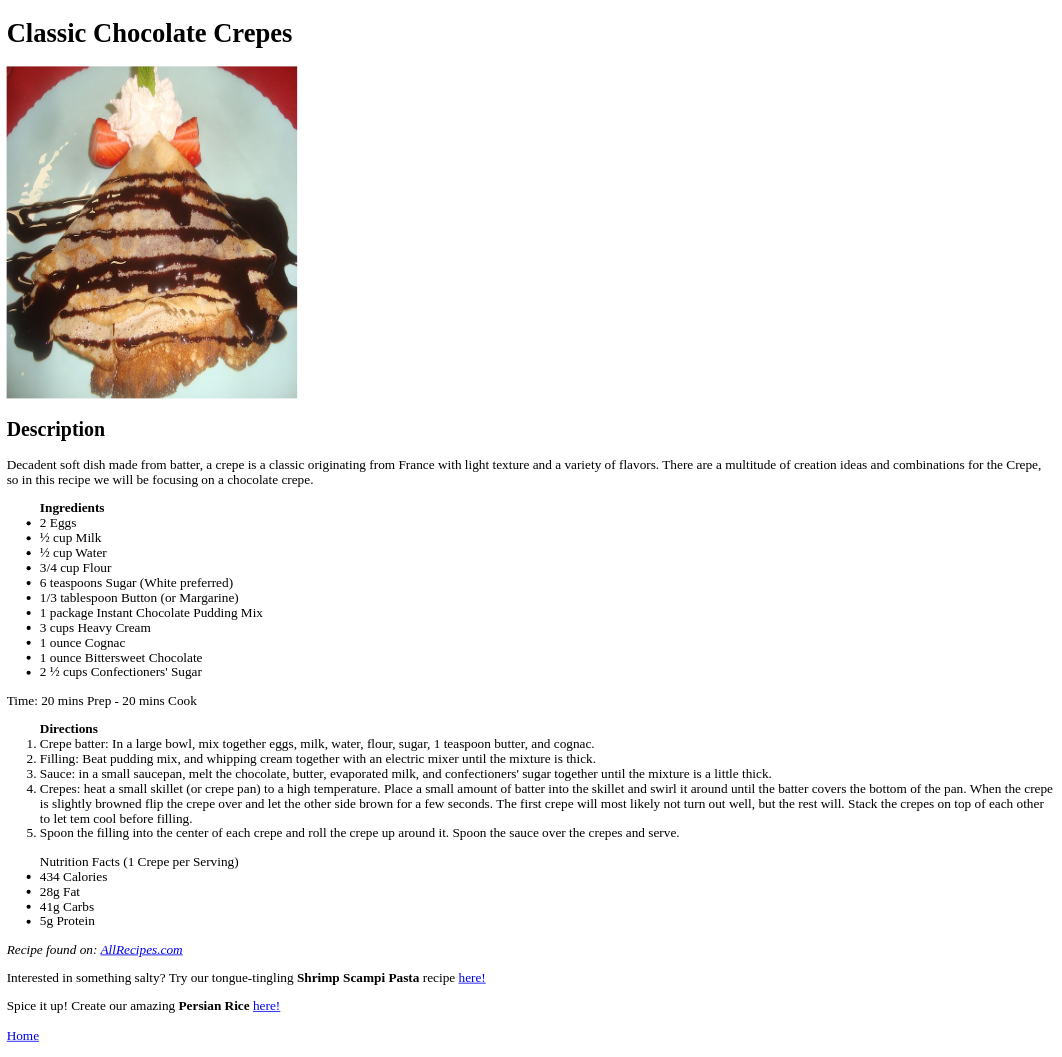
Repository: Mervens/odin-recipes
Page: recipes/crepe.html
The author's editor kept a copy of each file at every save. The page is drawn from the files as they stood at one save, then again after the next save.
The browser window is 1280 px wide. The pictures show the whole page, at 83% of full size.

Above is the page before, as saved 2025-06-22 12:46:23.

After the next save:
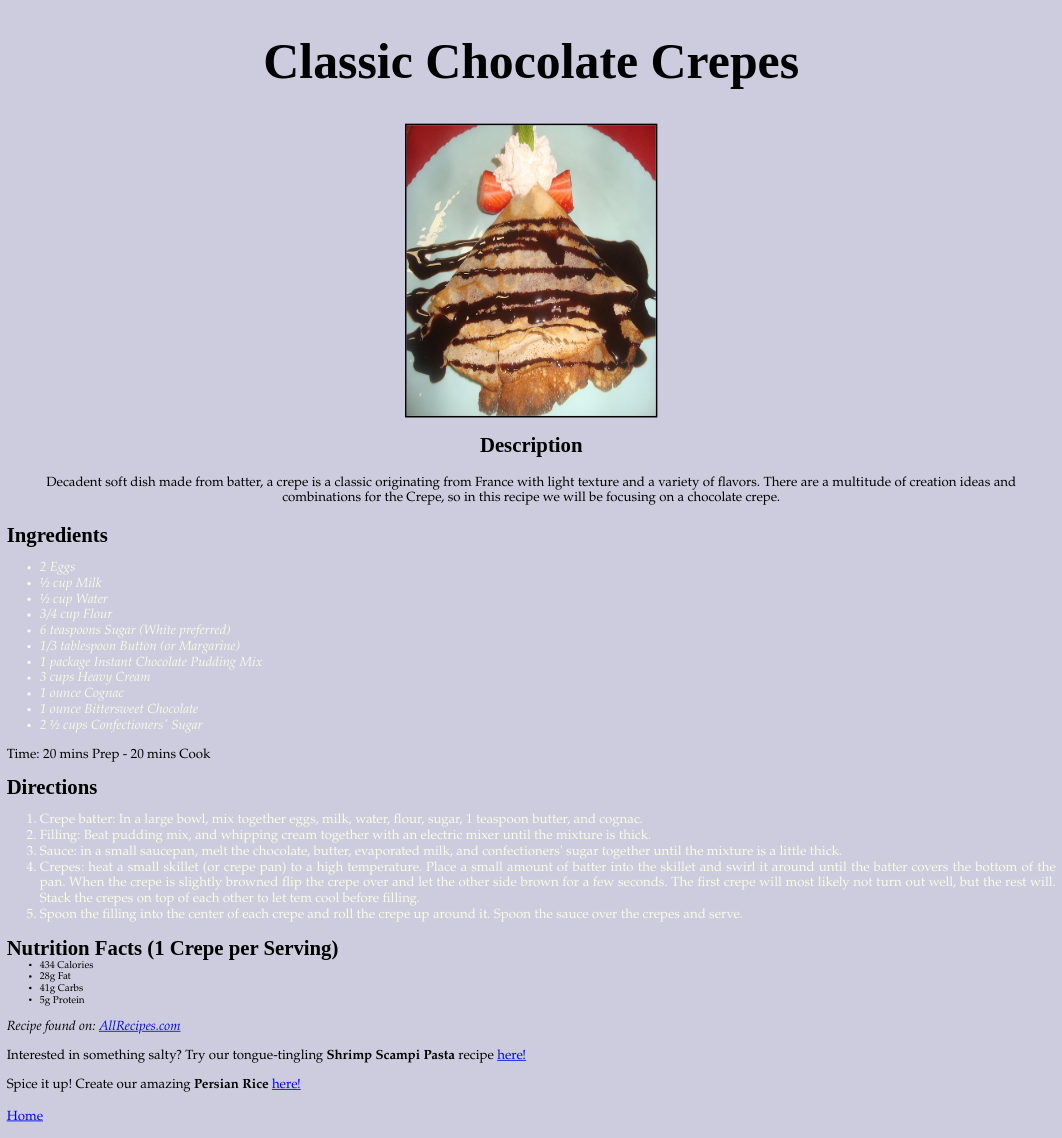
Saved 30 h 29 min later.
--- a/recipes/crepe.html
+++ b/recipes/crepe.html
@@ -5,19 +5,23 @@
 <head>
     <meta charset="UTF-8">
     <title>Chocolate Crepe | Odin Recipes</title>
+    <link rel="stylesheet" href="../style.css">
 </head>
 
 <body>
-    <h1>Classic Chocolate Crepes</h1>
+    <h1 class="header">Classic Chocolate Crepes</h1>
 
     <img src="../recipes/images/Chocolate Image.png"
-        alt="Photo of Chocolate Crepe. Image found on Wikipedia - linked in ReadME." height=400 width=350>
-    <h2>Description</h2>
-    <p>Decadent soft dish made from batter, a crepe is a classic originating from France with light texture and a
+        alt="Photo of Chocolate Crepe. Image found on Wikipedia - linked in ReadME." height=350 width=300
+        style="display:block; margin:0px auto 0px; border: 2px solid black;">
+    <h2 class="minor-header" style="text-align:center; margin-top:20px;">Description</h2>
+    <p class="description">Decadent soft dish made from batter, a crepe is a classic originating from France with light
+        texture and a
         variety of flavors. There are a multitude of creation ideas and combinations for the Crepe, so in this
         recipe we
         will be focusing on a chocolate crepe.</p>
-    <ul><strong>Ingredients</strong>
+    <h2 class="minor-header"><strong>Ingredients</strong></h2>
+    <ul class="ingredients">
         <li>2 Eggs</li>
         <li>½ cup Milk</li>
         <li>½ cup Water</li>
@@ -31,7 +35,8 @@
         <li>2 ½ cups Confectioners' Sugar</li>
     </ul>
     <p>Time: 20 mins Prep - 20 mins Cook</p>
-    <ol><strong>Directions</strong>
+    <h2 class="minor-header"><strong>Directions</strong></h2>
+    <ol class="directions">
         <li>Crepe batter: In a large bowl, mix together eggs, milk, water, flour, sugar, 1 teaspoon butter, and
             cognac.
         </li>
@@ -53,8 +58,8 @@
             the
             crepes and serve.</li>
     </ol>
-    <ul>
-        Nutrition Facts (1 Crepe per Serving)
+    <h2 class="minor-header">Nutrition Facts (1 Crepe per Serving)</h2>
+    <ul class="nutrition">
         <li>434 Calories</li>
         <li>28g Fat</li>
         <li>41g Carbs</li>
